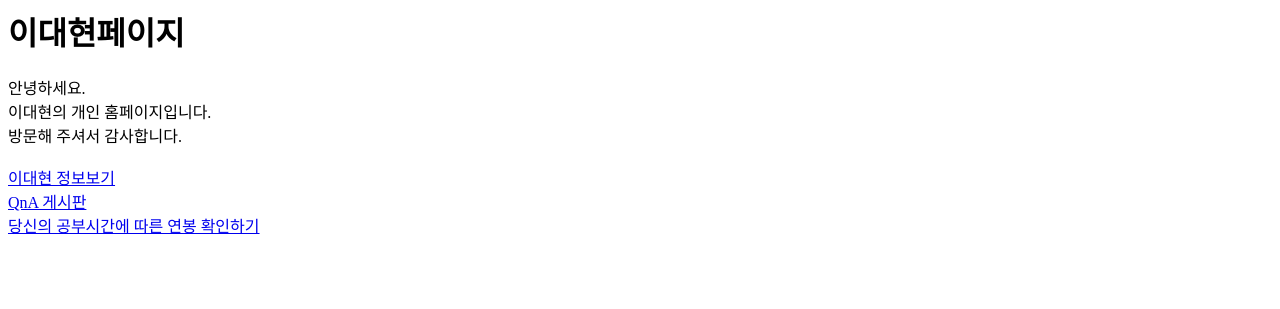
Repository: daelong/JavaStudy
Page: webproject/WebContent/MyPage.html
These files come from the project's save history. The page is drawn as it stood at one moment and after the next save; the edit follows.
The browser window is 1280 px wide. The pictures show the whole page.

Above is the page before, as saved 2019-04-02 10:52:17.

### webproject/WebContent/MyPage.html
<html>
<head>
<meta charset="EUC-KR">
<title>이대현 페이지</title>
</head>
<body>
	<H1>이대현페이지</H1>
	안녕하세요.<BR>
	이대현의 개인 홈페이지입니다.<BR>
	방문해 주셔서 감사합니다.<BR><BR>
	<a href="/webproject/MyProperty.jsp">이대현 정보보기</a><BR>
	<a href="/webproject/QnABoard.jsp">QnA 게시판</a><BR>
	<a href="/webproject/SalaryInput.html">당신의 공부시간에 따른 연봉 확인하기</a>
</body>
</html>

After the next save:
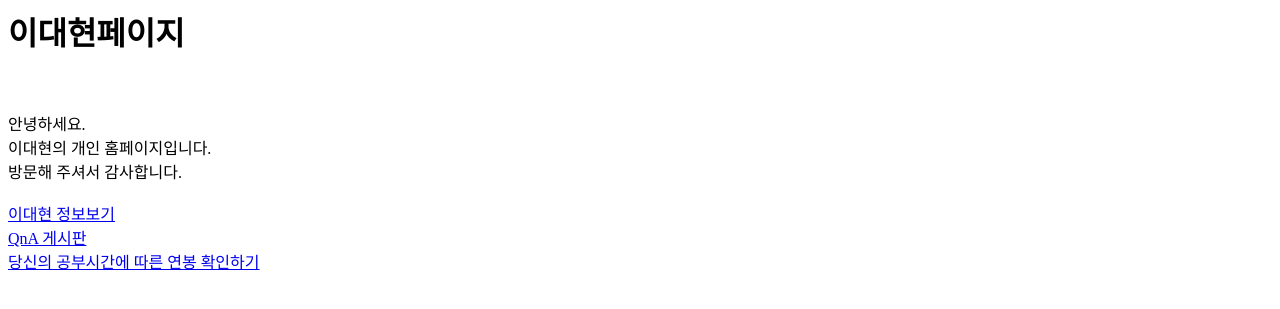
Saved 32 s later.
--- a/webproject/WebContent/MyPage.html
+++ b/webproject/WebContent/MyPage.html
@@ -4,7 +4,7 @@
 <title>이대현 페이지</title>
 </head>
 <body>
-	<H1>이대현페이지</H1>
+	<H1>이대현페이지</H1><BR><BR>
 	안녕하세요.<BR>
 	이대현의 개인 홈페이지입니다.<BR>
 	방문해 주셔서 감사합니다.<BR><BR>
